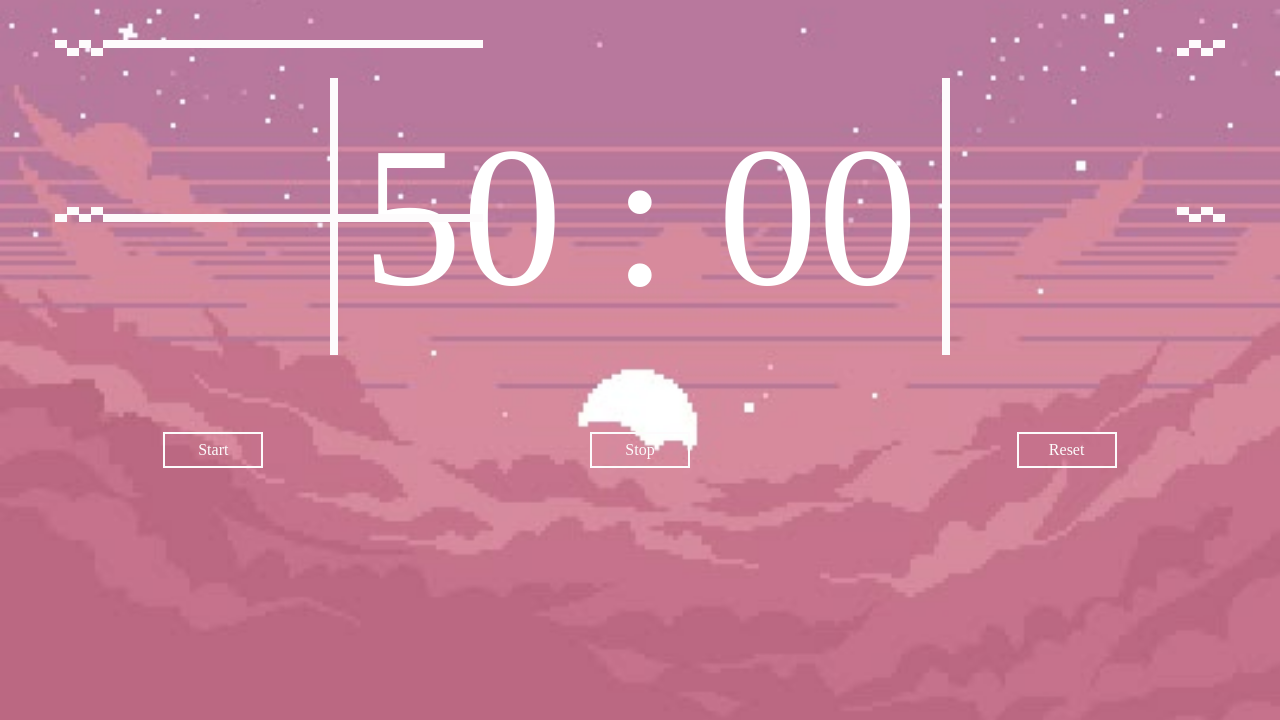
Repository: niharikapatil2306/Study-Timer
Page: index.html
These files come from the project's save history. The page is drawn as it stood at one moment and after the next save; the edit follows.
The browser window is 1280 px wide. The pictures show the whole page.
Some web fonts or font styles are not loaded; a fallback is used.

Above is the page before, as saved 2025-02-18 18:29:07.

### index.html
<!DOCTYPE html>
<html lang="en">
<head>
    <meta charset="UTF-8">
    <meta name="viewport" content="width=device-width, initial-scale=1.0">
    <title>Study Timer</title>
    <link href="https://fonts.googleapis.com/css2?family=Doto:wght@100..900&family=Jersey+15&family=Pixelify+Sans:wght@400..700&display=swap" rel="stylesheet">
    <link rel="stylesheet" href="style.css" />
</head>
<body style="background-color: black;">
    <div class="container">

        <div class="timer">
            <div class="pixel">
                <div class="square1"></div>
                <div class="square13"></div>
                <div class="square2"></div>
                <div class="square14"></div>
                <div class="square3"></div>
                <div class="line1"></div>
            </div>
            <div class="pixel">
                <div class="square4"></div>
                <div class="square15"></div>
                <div class="square5"></div>
                <div class="square16"></div>
                <div class="square6"></div>
            </div>

            <div class="pixel">
                <div class="square7"></div>
                <div class="square17"></div>
                <div class="square8"></div>
                <div class="square18"></div>
                <div class="square9"></div>
                <div class="line2"></div>
            </div>
            <div class="pixel">
                <div class="square10"></div>
                <div class="square19"></div>
                <div class="square11"></div>
                <div class="square20"></div>
                <div class="square12"></div>
            </div>

            <div class="box">
                <span id="min">
                    50
                </span>
                :
                <span id="sec">
                    00
                </span>
            </div>
        </div>
        <div class="button_container">
            <button id="start">
                Start
            </button>
            <button id="stop">
                Stop
            </button>
            <button id="reset">
                Reset
            </button>
        </div>
    </div>
    <script src="./clock.js"></script>
</body>
</html>

### style.css
body {
    margin: 0;
    padding: 0;
    background: url("./img/bg.jpeg") no-repeat center center fixed;
    background-size: cover;
}

.container{
    height: 100vh;
}

.box{
    border-left: 8px solid #FDFBFC;
    border-right: 8px solid #FDFBFC;
    padding: 24px;
}

.square1{
    position: fixed;
    height: 8px;
    width: 12px;
    left: 47px;
    top: 72px;
    background-color: transparent;
}

.square2{
    position: fixed;
    height: 8px;
    width: 12px;
    left: 55px;
    top: 40px;
    background-color: #FDFBFC;
}

.square3{
    position: fixed;
    height: 8px;
    width: 12px;
    left: 79px;
    top: 40px;
    background-color: #FDFBFC;
}

.line1{
    position: fixed;
    height: 8px;
    width: 380px;
    left: 103px;
    top: 40px;
    background-color: #FDFBFC;
}

.square4{
    position: fixed;
    height: 8px;
    width: 12px;
    right: 79px;
    top: 40px;
    background-color: #FDFBFC;
}

.square5{
    position: fixed;
    height: 8px;
    width: 12px;
    right: 55px;
    top: 40px;
    background-color: #FDFBFC;
}

.square6{
    position: fixed;
    height: 8px;
    width: 12px;
    right: 47px;
    top: 40px;
    background-color: transparent;
}

.square7{
    position: fixed;
    height: 8px;
    width: 12px;
    left: 47px;
    top: 191px;
    background-color: transparent;
}

.square8{
    position: fixed;
    height: 8px;
    width: 12px;
    left: 55px;
    top: 214px;
    background-color: #FDFBFC;
}

.square9{
    position: fixed;
    height: 8px;
    width: 12px;
    left: 79px;
    top: 214px;
    background-color: #FDFBFC;
}

.line2{
    position: fixed;
    height: 8px;
    width: 380px;
    left: 103px;
    top: 214px;
    background-color: #FDFBFC;
}

.square10{
    position: fixed;
    height: 8px;
    width: 12px;
    right: 79px;
    top: 214px;
    background-color: #FDFBFC;
}

.square11{
    position: fixed;
    height: 8px;
    width: 12px;
    right: 55px;
    top: 214px;
    background-color: #FDFBFC;
}

.square12{
    position: fixed;
    height: 8px;
    width: 12px;
    right: 47px;
    top: 208px;
    background-color: transparent;
}

.square13{
    position: fixed;
    height: 8px;
    width: 12px;
    left: 67px;
    top: 48px;
    background-color: #FDFBFC;
}

.square14{
    position: fixed;
    height: 8px;
    width: 12px;
    left: 91px;
    top: 48px;
    background-color: #FDFBFC;
}

.square15{
    position: fixed;
    height: 8px;
    width: 12px;
    right: 67px;
    top: 48px;
    background-color: #FDFBFC;
}

.square16{
    position: fixed;
    height: 8px;
    width: 12px;
    right: 91px;
    top: 48px;
    background-color: #FDFBFC;
}

.square17{
    position: fixed;
    height: 8px;
    width: 12px;
    right: 91px;
    top: 207px;
    background-color: #FDFBFC;
}

.square18{
    position: fixed;
    height: 8px;
    width: 12px;
    right: 67px;
    top: 207px;
    background-color: #FDFBFC;
}

.square19{
    position: fixed;
    height: 8px;
    width: 12px;
    left: 67px;
    top: 207px;
    background-color: #FDFBFC;
}

.square20{
    position: fixed;
    height: 8px;
    width: 12px;
    left: 91px;
    top: 207px;
    background-color: #FDFBFC;
}

.timer{
    font-family: "Jersey 15", serif;
    height: 60vh;
    font-size: 200px;
    color: white;
    display: flex;
    align-items: center;
    justify-content: center;
    font-weight: 100;
    font-variation-settings: "ROND" 0;
}

.button_container{
    display: flex;
    align-items: center;
    justify-content: space-around;
}

button{
    font-family: "Jersey 15", serif;
    border: 2px solid #FDFBFC;
    height: 36px;
    width: 100px;
    background-color: transparent;
    font-size: 16px;
    color: #FDFBFC;
}

/* .start{

} */

### clock.js
let timer;
let timeLeft = 50*60 // 50 minutes
const min = document.getElementById("min");
const sec = document.getElementById("sec");
const startBtn = document.getElementById("start");
const resetBtn = document.getElementById("reset");
const stopBtn = document.getElementById("stop");

function updateDisplay(){
    let minutes = Math.floor(timeLeft/60);
    let seconds = timeLeft%60;
    min.textContent = minutes.toString().padStart(2, "0");
    sec.textContent = seconds.toString().padStart(2, "0");
}

startBtn.addEventListener("click", () => {
    if(!timer){
        timer = setInterval(() => {
            if(timeLeft>0){
                timeLeft--;
                updateDisplay();
            }
            else{
                clearInterval(timer);
                timer = null;
                alert("Take a break!!")
            }
        }, 1000);
    }
});

resetBtn.addEventListener("click", () => {
    clearInterval(timer);
    timer = null;
    timeLeft = 50*60;
    updateDisplay();
});

stopBtn.addEventListener("click", () =>{
    clearInterval(timer);
    timer = null;
})

After the next save:
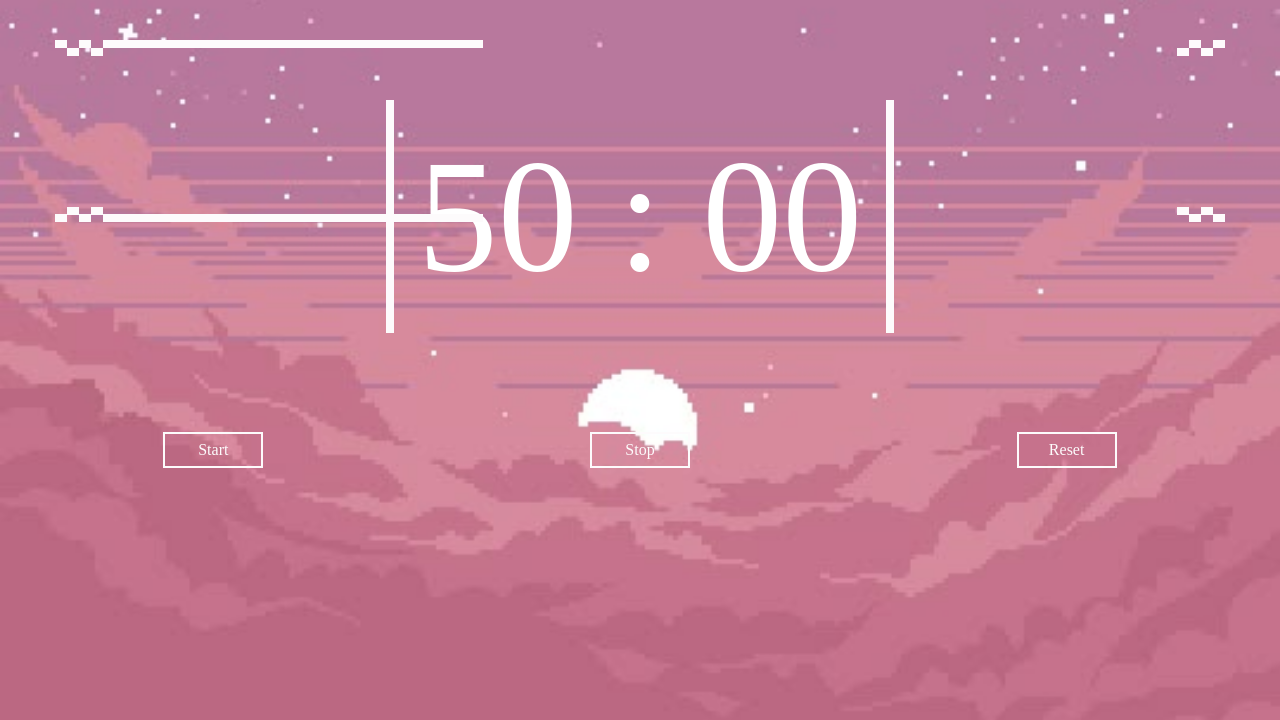
Saved 4 s later.
--- a/style.css
+++ b/style.css
@@ -216,7 +216,7 @@ body {
 .timer{
     font-family: "Jersey 15", serif;
     height: 60vh;
-    font-size: 200px;
+    font-size: 160px;
     color: white;
     display: flex;
     align-items: center;
